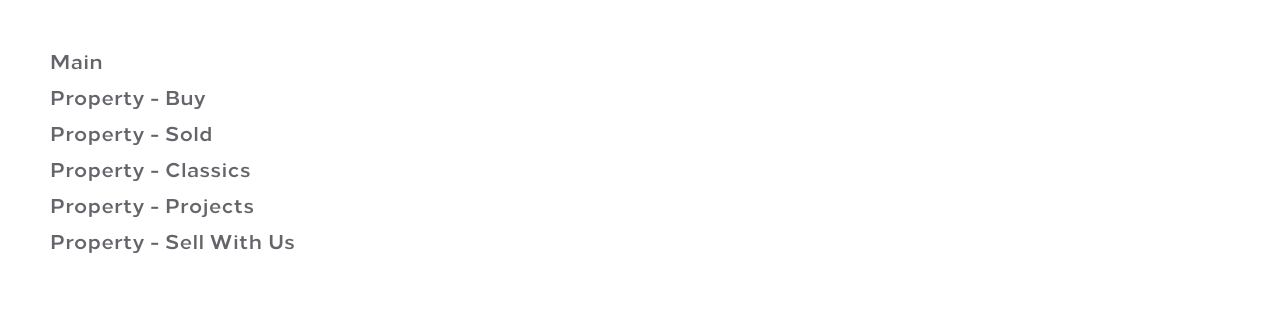
Repository: TarasDutchak/srb
Page: sitemap.html
The author's editor kept a copy of each file at every save. The page is drawn from the files as they stood at one save, then again after the next save.
The browser window is 1280 px wide. The pictures show the whole page.

Above is the page before, as saved 2024-07-24 08:12:44.
Console error: ReferenceError: Swiper is not defined

After the next save:
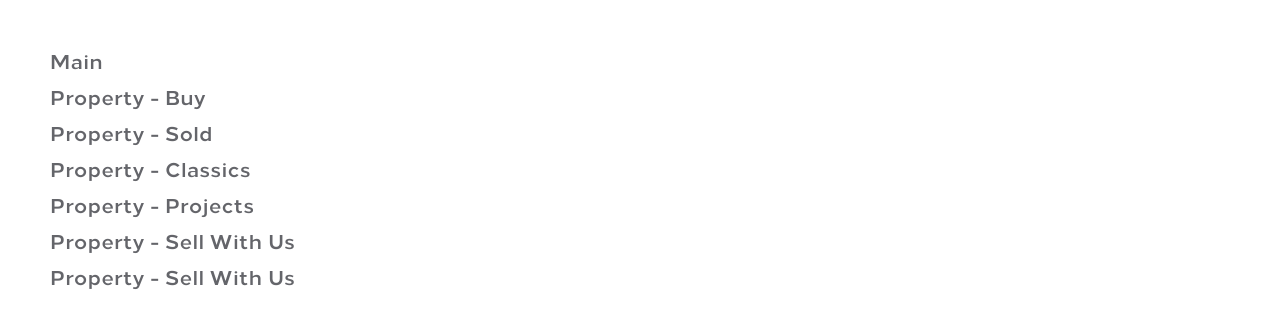
Saved 8 min 56 s later.
--- a/sitemap.html
+++ b/sitemap.html
@@ -20,6 +20,8 @@
             <li><a href="classics.html" target="_blank">Property - Classics</a></li>
             <li><a href="projects.html" target="_blank">Property - Projects</a></li>
             <li><a href="sellwithus.html" target="_blank">Property - Sell With Us</a></li>
+            <li><a href="product.html" target="_blank">Property - Sell With Us</a></li>
+
 
         </ul>
     </div>
